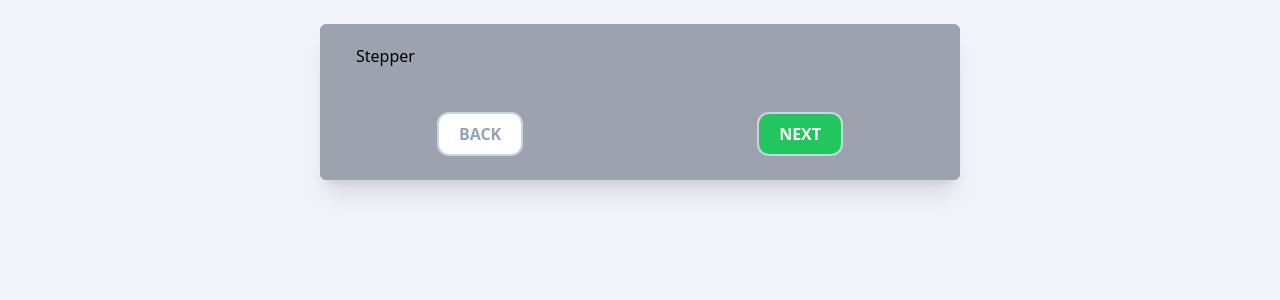
Repository: OmniaRafat232111121/reactstepper
Page: /
An editor plug-in stored every save of this project. The page is shown before and after the next save, followed by the edit.
The browser window is 1280 px wide. The pictures show the whole page.
The project was rebuilt for these pictures with package versions that can differ from the ones it lists, and the page was loaded fresh each time. Also part of the build but not shown: src/App.css.

Above is the page before, as saved 2023-02-21 23:50:39.

### src/index.css
@tailwind base;
@tailwind components;
@tailwind utilities;


body {
  background: #f1f5f9;
}

code {
  font-family: source-code-pro, Menlo, Monaco, Consolas, 'Courier New',
    monospace;
}

### src/App.js

import './App.css';
import Stepper from './Component/Stepper';
import StepperControl from './Component/StepperControl';
function App() {
  return (
    <div className="md:w-1/2 mx-auto  rounded-md shadow-xl bg-gray-400 pb-2 mt-5">
     {/*stepper*/}
    <div className='container horizontal mt-5'>
    <Stepper/>
    </div>
     {/*StepperCOntrol*/}
     <StepperControl/>
    </div>
  );
}

export default App;

### src/Component/Stepper.js
import React from 'react'

const Stepper = () => {
  return (
    <div className=' mx-4 my-6 p-5 flex justify-between items-center'>
      <h1>Stepper</h1>
    </div>
  )
}

export default Stepper

### src/Component/StepperControl.js
import React from 'react'

const StepperControl = () => {
  return (
    <div className='container  flex justify-around mt-5 mb-4'>
       {/*back button*/}
       <button className='bg-white text-slate-400 font-semibold  uppercase px-5 py-2  rounded-xl
       cursor-pointer border-2 border-slate-300 hover:bg-slate-700 hover:text-white transition duration-200 ease-in-out'>
       Back
       </button>
        {/*next button*/}
        <button className='bg-green-500 text-white font-semibold  uppercase px-5 py-2  rounded-xl
        cursor-pointer border-2 border-slate-300 hover:bg-slate-700 hover:text-white transition duration-200 ease-in-out'>
        Next
        </button>
    </div>
  )
}

export default StepperControl

Loaded but not shown: public/index.html (common file); src/index.js (common file); tailwind.config.js (common file)

After the next save:
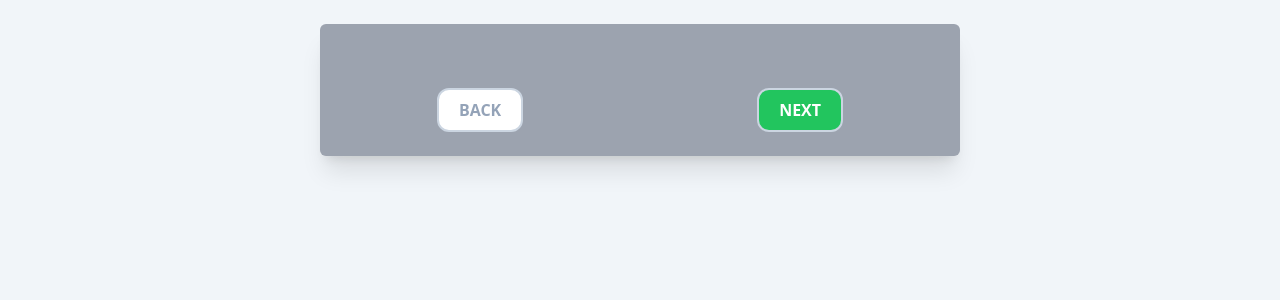
Saved 11 s later.
--- a/src/Component/Stepper.js
+++ b/src/Component/Stepper.js
@@ -3,7 +3,7 @@ import React from 'react'
 const Stepper = () => {
   return (
     <div className=' mx-4 my-6 p-5 flex justify-between items-center'>
-      <h1>Stepper</h1>
+
     </div>
   )
 }
